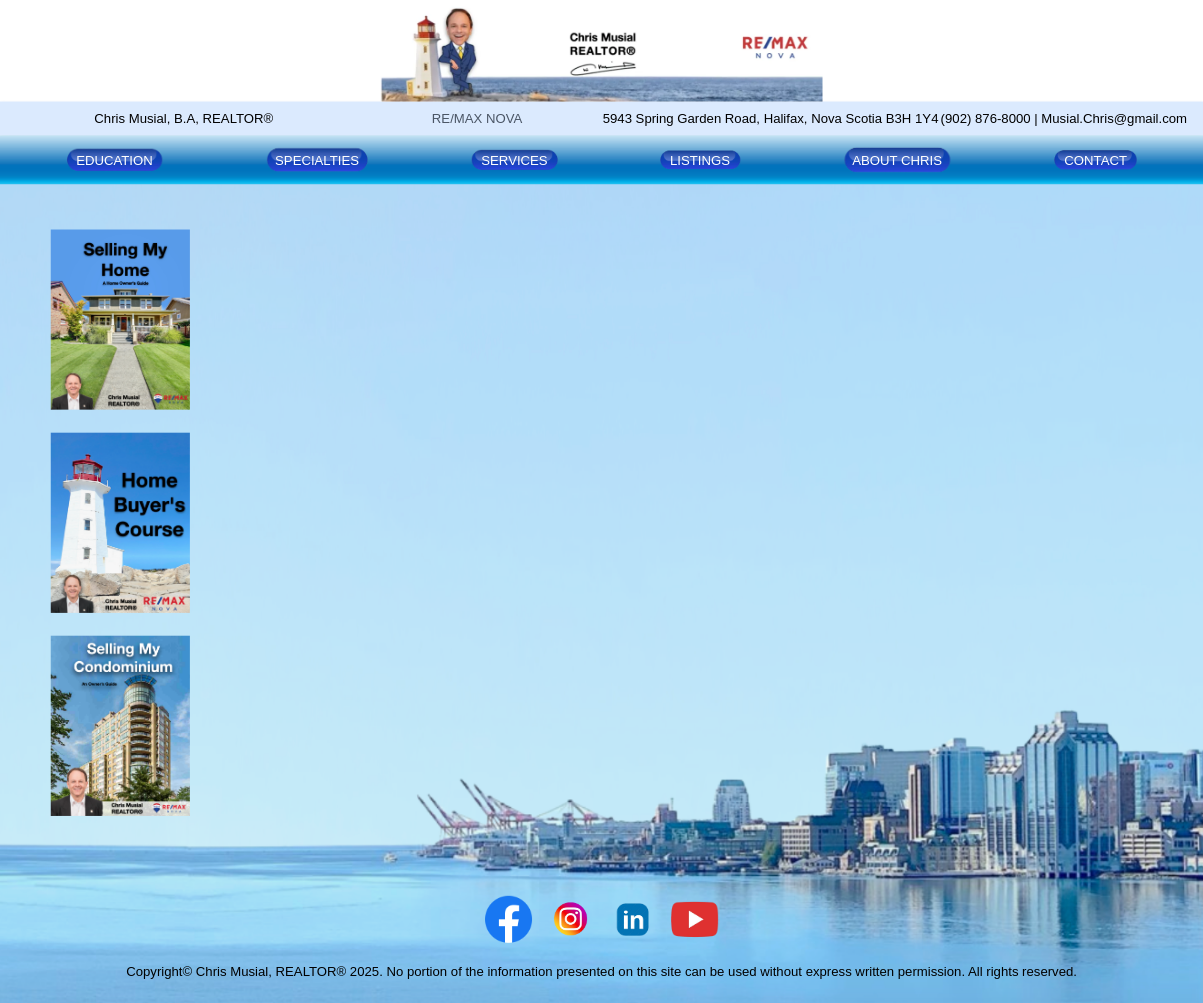
Repository: TMuse333/father-website
Page: / (app in frontend/)
These files come from the project's save history. The page is drawn as it stood at one moment and after a run of saves; the edit follows.
The browser window is 1280 px wide. The pictures show the whole page, at 94% of full size.
The project was rebuilt for these pictures with package versions that can differ from the ones it lists, and the page was loaded fresh each time. The framework's server and built-in components were replaced by stand-ins that run in the browser. Also part of the build but not shown: frontend/next.config.ts.

Above is the page before, as saved 2025-05-24 16:45:03.

After the next 2 saves:
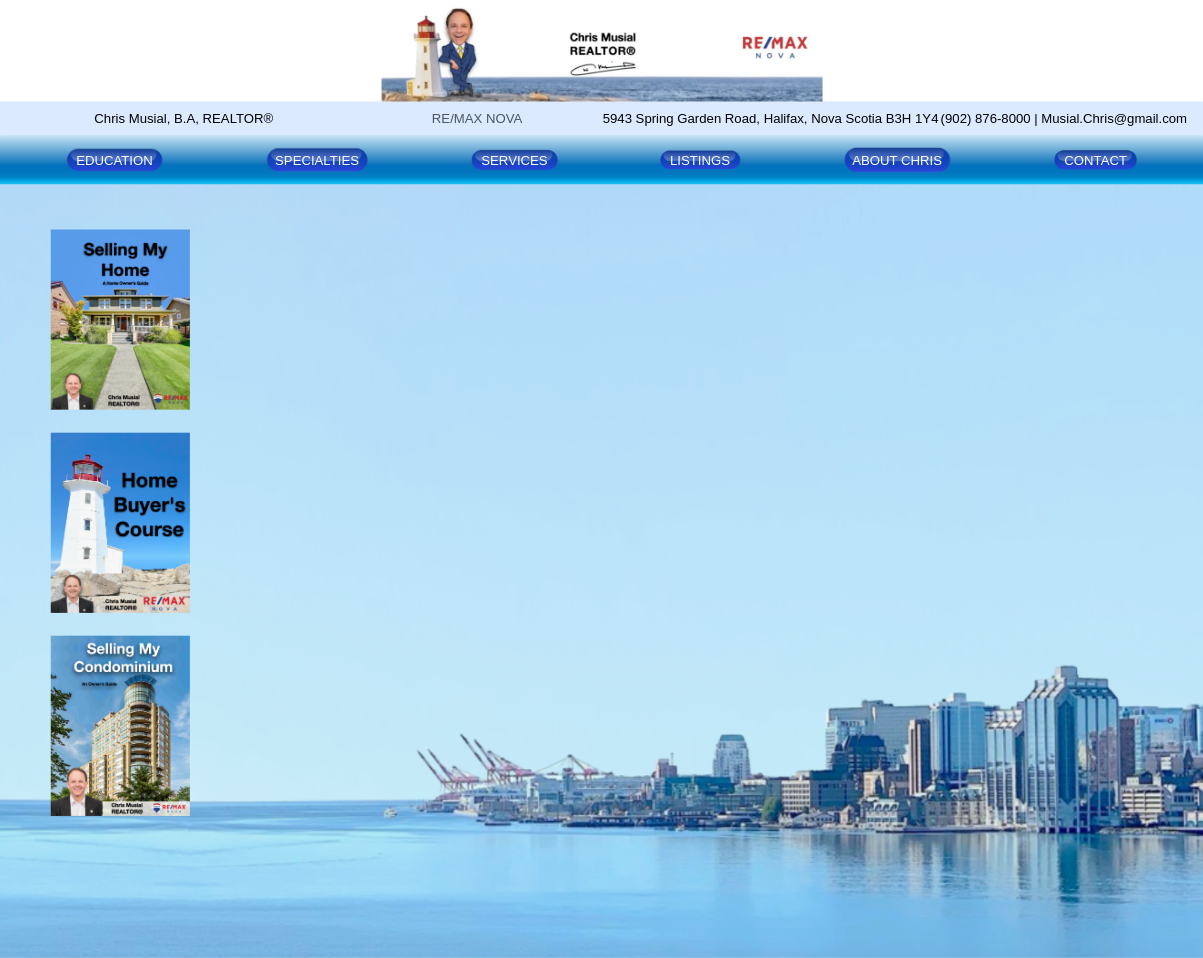
The 2 saves are shown as one change because they came seconds apart.
The last was saved 16 s later.
--- a/frontend/src/components/homepage/homepage.tsx
+++ b/frontend/src/components/homepage/homepage.tsx
@@ -174,10 +174,9 @@
       </section> */}
 
       {/* Footer Section */}
-      <footer className="py-6 relative z-10 text-black
-        ">
+
   <Footer/>
-      </footer>
+
     </div>
   );
 }

After the 3 saves that followed:
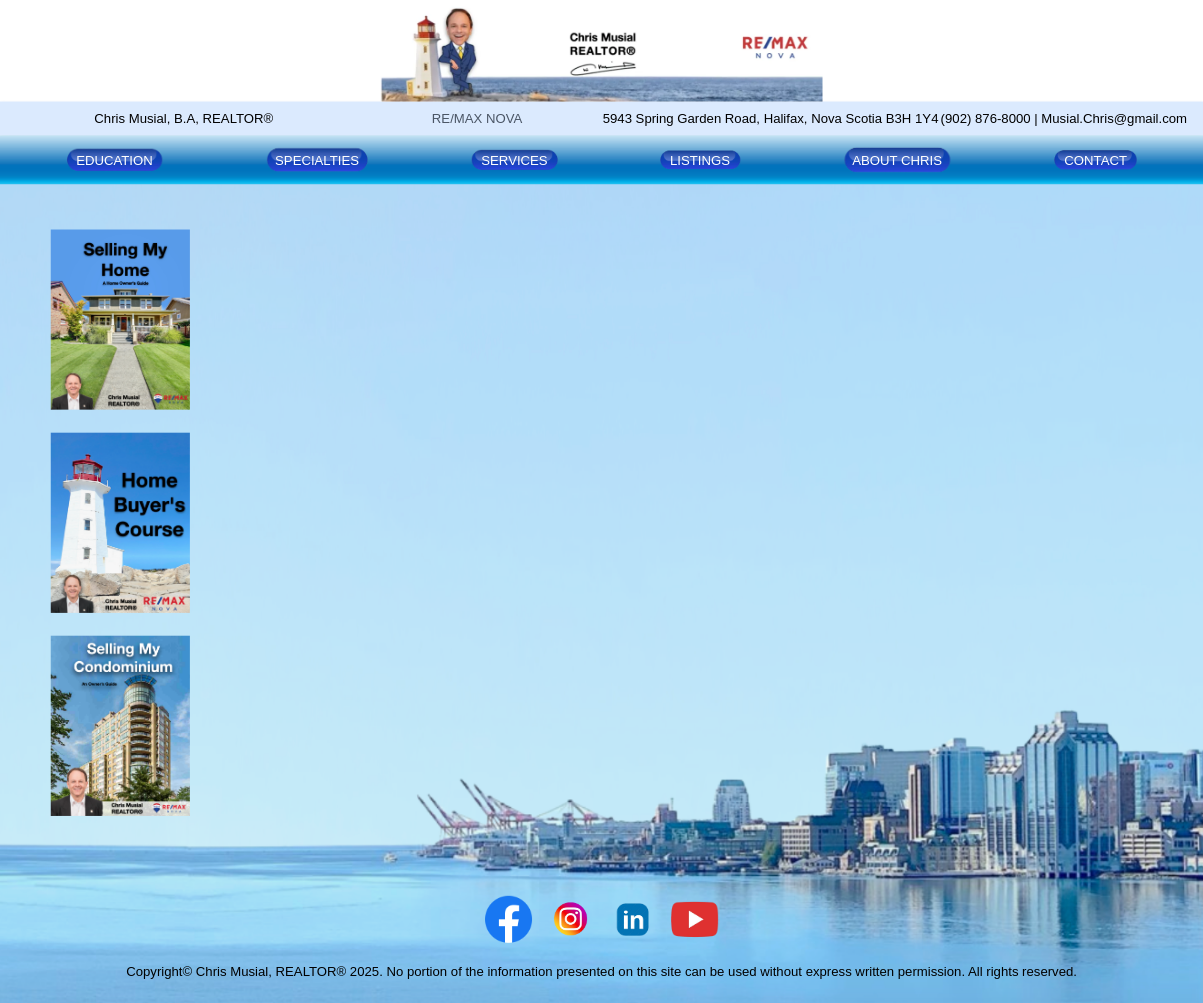
The 3 saves are shown as one change because 1 did not build or start and some came seconds apart.
The last was saved 11 s later.
--- a/frontend/src/components/footer/footer.tsx
+++ b/frontend/src/components/footer/footer.tsx
@@ -30,6 +30,8 @@
 
 
     return (
+        <footer className="py-6 relative z-10 text-black
+        ">
         <div className="max-w-7xl mx-auto px-4 flex flex-col items-center">
         <div className="flex space-x-4 mb-2">
             {socialMedia.map((platform) => (
@@ -59,6 +61,7 @@
             All rights reserved.
           </p>
         </div>
+        </footer>
     )
   }
 
